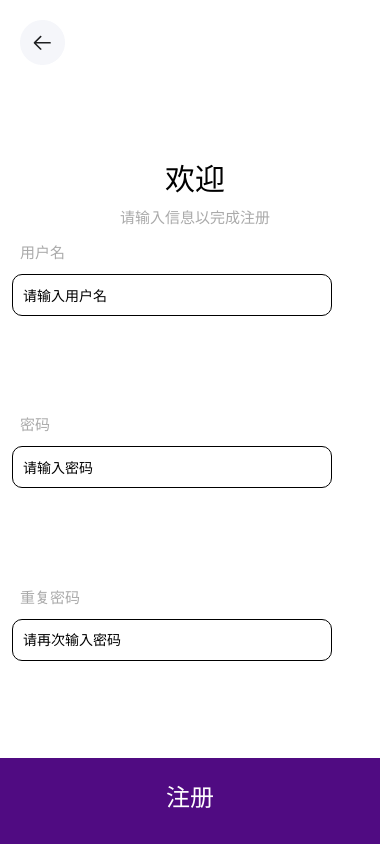
Repository: eyebone/barManager
Screen: /sign
An editor plug-in stored every save of this project. The screen is shown before and after a run of saves, followed by the edit.
The app was drawn by React Native's web renderer in a window 390 px wide. The project was rebuilt for these pictures with package versions that can differ from the ones it lists, and the page was loaded fresh each time. Also part of the build but not shown: components/EmojiPicker.js, components/Button.js, components/ImageViewer.js, components/circleButton.js, components/IconButton.js, view/ViewOne.js, view/Main.js.

Above is the screen before, as saved 2023-06-26 16:22:41.

After the next 2 saves:
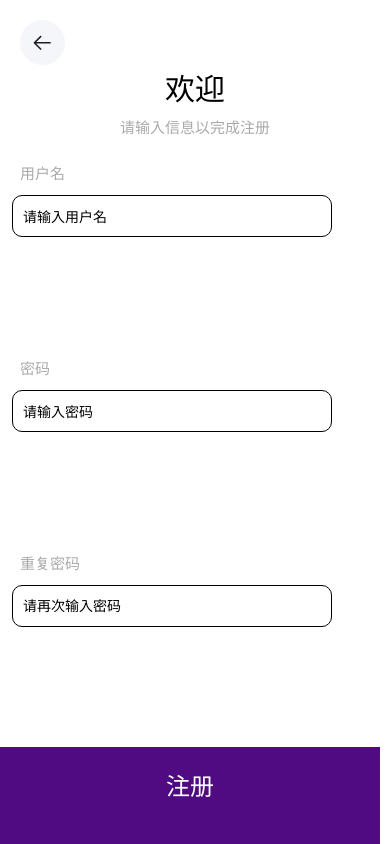
The 2 saves are shown as one change because they came seconds apart.
The last was saved 16 s later.
--- a/view/Sign.js
+++ b/view/Sign.js
@@ -96,7 +96,7 @@ const styles = StyleSheet.create({
     flex: 1,
     backgroundColor: "#fff",
     alignItems: "center",
-    marginTop: 90,
+    // marginTop: 90,?
     height: 60,
   },
   welcomeText: {
